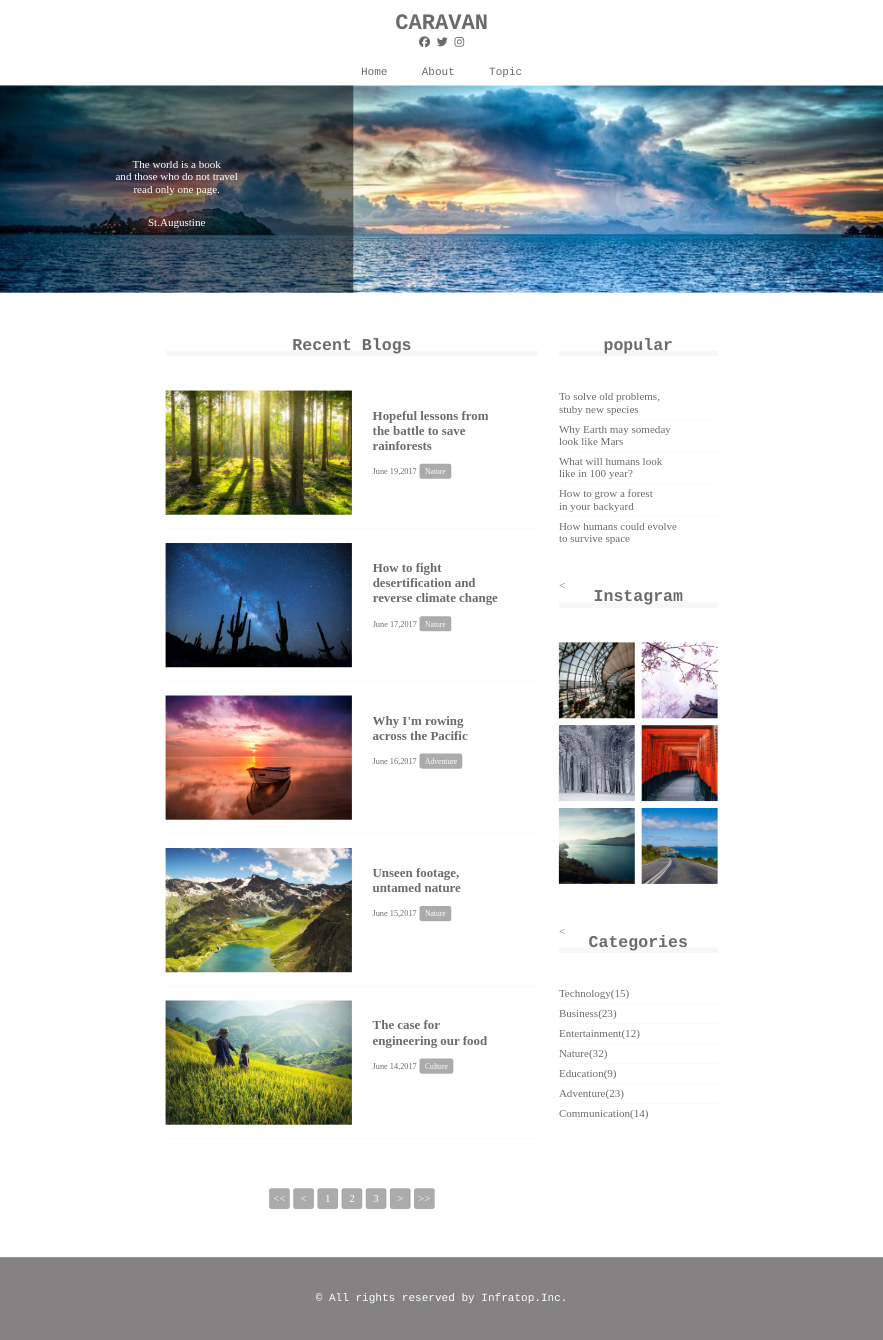
Repository: okazakiryuji/r
Page: caravan/index.html
The author's editor kept a record of every edit. The page is drawn from the files as they stood at one moment, then again after the next edit.
The browser window is 1280 px wide. The pictures show the whole page, at 69% of full size.
Some web libraries are served in a nearby version.

Above is the page before.

### caravan/index.html
<!DOCTYPE html>
<html lang="ja">
  <head>
    <meta charset="UTF-8" />
    <script src="https://kit.fontawesome.com/c9b9a9323b.js" crossorigin="anonymous"></script>
    <link rel="stylesheet" href="style.css" />
    <title>CARAVAN</title>
  </head>

  <body>
    <header>
      <h1 class="heading">
        <a href="index.html">
          CARAVAN
        </a>
      </h1>
      <div class="social"></div>
      <i class="fa-brands fa-facebook"></i>
      <i class="fa-brands fa-twitter"></i>
      <i class="fa-brands fa-instagram"></i>
    </header>

    <nav>
      <ul class="nav-list">
        <li class="nav-list-item">
          <a href="index.html">Home</a>
        </li>
        <li class="nav-list-item">About</li>
        <li class="nav-list-item">Topic</li>
      </ul>
    </nav>

    <div class="main-visual">
      <div class="main-visual-content">
        <p class="main-visual-text">
          The world is a book<br />
          and those who do not travel<br />
          read only one page.
        </p>
        <p class="main-visual-name">
          St.Augustine
        </p>
      </div>
    </div>

    <main>
      <section class="blog">
        <h2 class="blog-heading">Recent Blogs</h2>

        <div class="blog-box">
          <div class="blog-item">
          <img class="blog-image" src="img/forest.jpg">
          <section class="blog-text">
          <h3 class="blog-text-heading">
            <a href="single.html">
              Hopeful lessons from<br>
              the battle to save<br>
              rainforests
            </a>
          </h3>
          <p class="blog-date">June 19,2017</p>
          <span class="category">Nature</span>
          </section>
         </div>
          <div class="blog-item">
          <img class="blog-image" src="img/desert.jpg">
          <section class="blog-text">
          <h3 class="blog-text-heading">
            <a href="single.html">
              How to fight<br>
              desertification and<br>
              reverse climate change
            </a>
          </h3>
          <p class="blog-date">June 17,2017</p>
          <span class="category">Nature</span>
          </section>
         </div>
         <div class="blog-item">
          <img class="blog-image" src="img/sunset.jpg">
          <section class="blog-text">
          <h3 class="blog-text-heading">
            <a href="single.html">
              Why I'm rowing<br>
              across the Pacific
            </a>
          </h3>
          <p class="blog-date">June 16,2017</p>
          <span class="category">Adventure</span>
          </section>
         </div>
        </div>
        </div>
         <div class="blog-item">
          <img class="blog-image" src="img/italy.jpg">
          <section class="blog-text">
          <h3 class="blog-text-heading">
            <a href="single.html">
              Unseen footage,<br>
              untamed nature
            </a>
          </h3>
          <p class="blog-date">June 15,2017</p>
          <span class="category">Nature</span>
          </section>
         </div>
        </div>
        </div>
         <div class="blog-item">
          <img class="blog-image" src="img/asia.jpg">
          <section class="blog-text">
          <h3 class="blog-text-heading">
            <a href="single.html">
               The case for<br>
               engineering our food
          </h3>
          <p class="blog-date">June 14,2017</p>
          <span class="category">Culture</span>
          </section>
         </div>
        </div>
         <div class="pagination">
          <p><<</p>
          <p><</p>
          <p>1</p>
          <p>2</p>
          <p>3</p>
          <p>></p>
          <p>>></p>
        </div>
      </section>

      <div class="sidebar">
        <section class="popular">
          <h2 class="popular-heading common-heading">popular</h2>
          <div class="sidebar-contents">
             <p class="popular-text">To solve old problems,<br>stuby new species</p>
             <p class="popular-text">Why Earth may someday<br>look like Mars</p>
             <p class="popular-text">What will humans look<br>like in 100 year?</p>
             <p class="popular-text">How to grow a forest<br>in your backyard</p>
             <p class="popular-text">How humans could evolve<br>to survive space</p>
          </div>
        </section>
        <<section class="instagram">
          <h2 class="instagram-heading common-heading">Instagram</h2>
          <div class="sidebar-contents">
            <div class="instagram-box"></div>
            <div class="instagram-box"></div>
            <div class="instagram-box"></div>
            <div class="instagram-box"></div>
            <div class="instagram-box"></div>
            <div class="instagram-box"></div>
          </div>
        </section>
        <<section class="categories">
          <h2 class="categories-heading common-heading">Categories</h2>
          <div class="sidebar-contents">
            <p class="categories-text">Technology(15)</p>
            <p class="categories-text">Business(23)</p>
            <p class="categories-text">Entertainment(12)</p>
            <p class="categories-text">Nature(32)</p>
            <p class="categories-text">Education(9)</p>
            <p class="categories-text">Adventure(23)</p>
            <p class="categories-text">Communication(14)</p>
          </div>
        </section>
      </div>
      <div class="sidebar"></div>
    </main>

    <footer>
      <p class="footer-text">© All rights reserved by Infratop.Inc.</p>
    </footer>

   </body>
</html>

### caravan/style.css
* {
  margin: 0;
  padding: 0;
  box-sizing: border-box;
  color: #6c6b6b;
}

a{
  text-decoration: none;
}

header,nav,h2,main-visual,footer{
  font-family: Chalkduster, "Bradley Hand", Courier, "Segoe Print", sans-serif;
}

header{
  width: 90%;
  padding: 15px 0;
  margin: 0 auto;
  text-align: center;
  position: relative;
}

.social i {
  display: inline-block;
  margin-left: 20px;
}
.social {
position: absolute;
top:22px;
right: 22px;
}

header .heading{
  font-size: 32px;
}


.nav-list{
  text-align: center;
  padding: 10px 0;
  margin: 0 auto;
}

.nav-list-item{
   list-style: none;
  display: inline-block;
  margin: 0 20px;
}

.main-visual{
  width: 100%;
  height: 300px;
  background-image: url(img/mv.jpg);
  background-size: cover;
  background-position: center;
 }

.main-visual-content{
  width: 40%;
  height: 300px;
  background-color: rgba(0,0,0,0.5);
  text-align: center;
  padding-top: 105px;
  }

.main-visual-text{
  color: #fff;
}

.main-visual-name{
  margin-top: 30px;
  color: #fff;
}

main{
  width: 800px;
  display: flex;
  justify-content:center;
  margin: 0 auto;
  padding: 70px 0;
}

.blog{
  width: 540px;
  margin-right: 30px;
}

.blog-heading{
  border-bottom: 8px solid #f7f7f7;
  text-align: center;
  line-height: 0.6;
}

.blog-box{
  padding-top: 50px;
}
.blog-item{
  padding-bottom: 20px;
  margin-bottom: 20px;
  border-bottom: 1px solid #f7f7f7;
  display: flex;
  justify-content: flex-start;
}

.blog-image{
  height: 180px;
}

.blog-text{
  padding: 25px 0 0 30px;
}

.blog-text-heading{
  padding-bottom: 15px;
}
.blog-date{
  font-size: 12px;
  display: inline-block;
}
.category{
  display: inline-block;
  padding: 5px 8px;
  background-color: #acabab;
  border-radius: 3px;
  color: #fff;
  font-size: 11px;
}

.pagination{
  text-align: center;
  padding-top: 50px;
}

.pagination p{
  display: inline-block;
  width: 30px;
  height: 30px;
  margin: 0.5px;
  color: #fff;
  background-color: #acabab;
  border-radius: 3px;
  line-height: 30px;
}
.sidebar{
  width: 230px;
}

.common-heading{
  border-bottom: 8px solid #f7f7f7;
  text-align: center;
  line-height: 0.6;
}

.sidebar-contents{
  padding: 50px 0;
}

.popular-text,
.categories-text{
 padding-bottom: 5px;
 border-bottom: 1px solid #f7f7f7;
 margin-bottom: 5px;
}

.popular-text:last-child,
.categories-text:last-child{
  margin: 0;
  padding: 0;
  border: none;
}

.instagram .sidebar-contents{
  display: flex;
  flex-wrap:wrap;
}

.instagram-box{
  width: 110px;
  padding-top: 110px;
  background-size: cover;
  background-position: center;
  margin-bottom: 10px;
}

.instagram-box:nth-child(odd){
  margin: 0 10px 10px 0;
}

.instagram-box:nth-child(1){
  background-image: url(img/airport.jpg);
}

.instagram-box:nth-child(2){
   background-image: url(img/japan.jpg);
}

.instagram-box:nth-child(3) {
  background-image: url(img/snow.jpg);
}

.instagram-box:nth-child(4) {
  background-image: url(img/japan2.jpg);
}

.instagram-box:nth-child(5) {
  background-image: url(img/lake.jpg);
}

.instagram-box:nth-child(6) {
  background-image: url(img/road.jpg);
}

footer{
  width: 100%;
  height: 120px;
  text-align: center;
  line-height: 120px;
  background-color: #848282;
}

.footer-text{
  color: #fff;
}

@media screen and (max-width:425px){
  select{
    width: 100px;
  }

.nav-list {
    width: 100%;
  }

  .nav-list-item {
    width: 100%;
    margin: 0 0 10px 0;
  }

  .social {
    display: none;
  }

  .main-visual-content {
    width: 100%;
  }

  main {
    width: 100%;
    display: block;
  }

  .blog {
    width: 100%;
    margin: 0;
  }

  .blog-box {
    padding-left: 2%;
    padding-right: 2%;
  }

  .blog-image {
    width: 49%;
  }

  .blog-text {
    width: 49%;
    padding-top: 5px;
  }

  .sidebar {
    width: 100%;
  }

  .sidebar-contents {
    padding-left: 3%;
    padding-right: 3%;
  }

  .instagram-box {
    width: 48%;
    padding-top: 48%;
  }

  .instagram-box:nth-child(odd) {
    margin-right: 4%;
  }

  .pagination {
    margin-bottom: 50px;
  }
}

After the next edit:
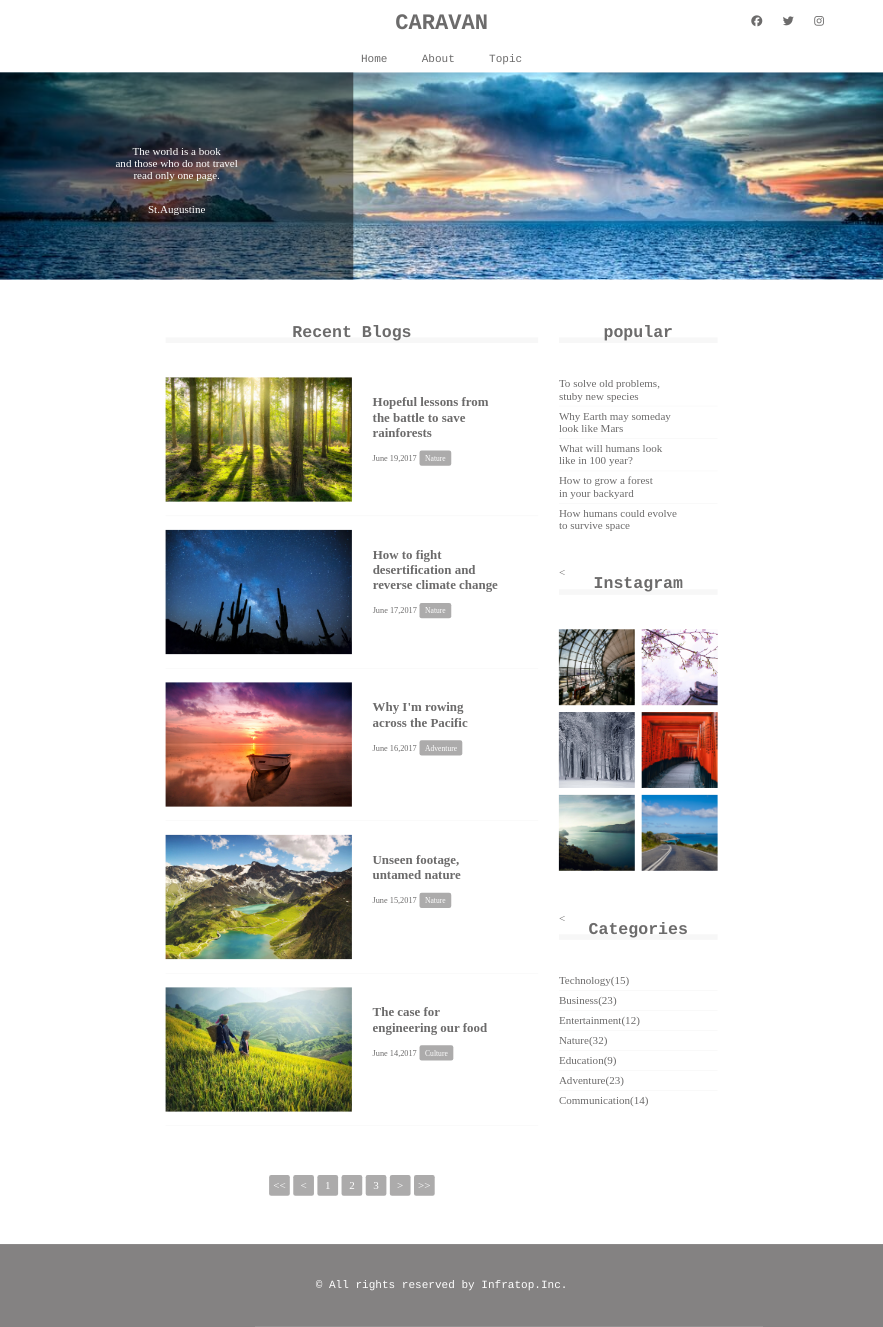
The edit:
--- a/caravan/index.html
+++ b/caravan/index.html
@@ -14,10 +14,11 @@
           CARAVAN
         </a>
       </h1>
-      <div class="social"></div>
+      <div class="social">
       <i class="fa-brands fa-facebook"></i>
       <i class="fa-brands fa-twitter"></i>
-      <i class="fa-brands fa-instagram"></i>
+      <i class="fa-brands fa-instagram"></i></div>
+
     </header>
 
     <nav>
